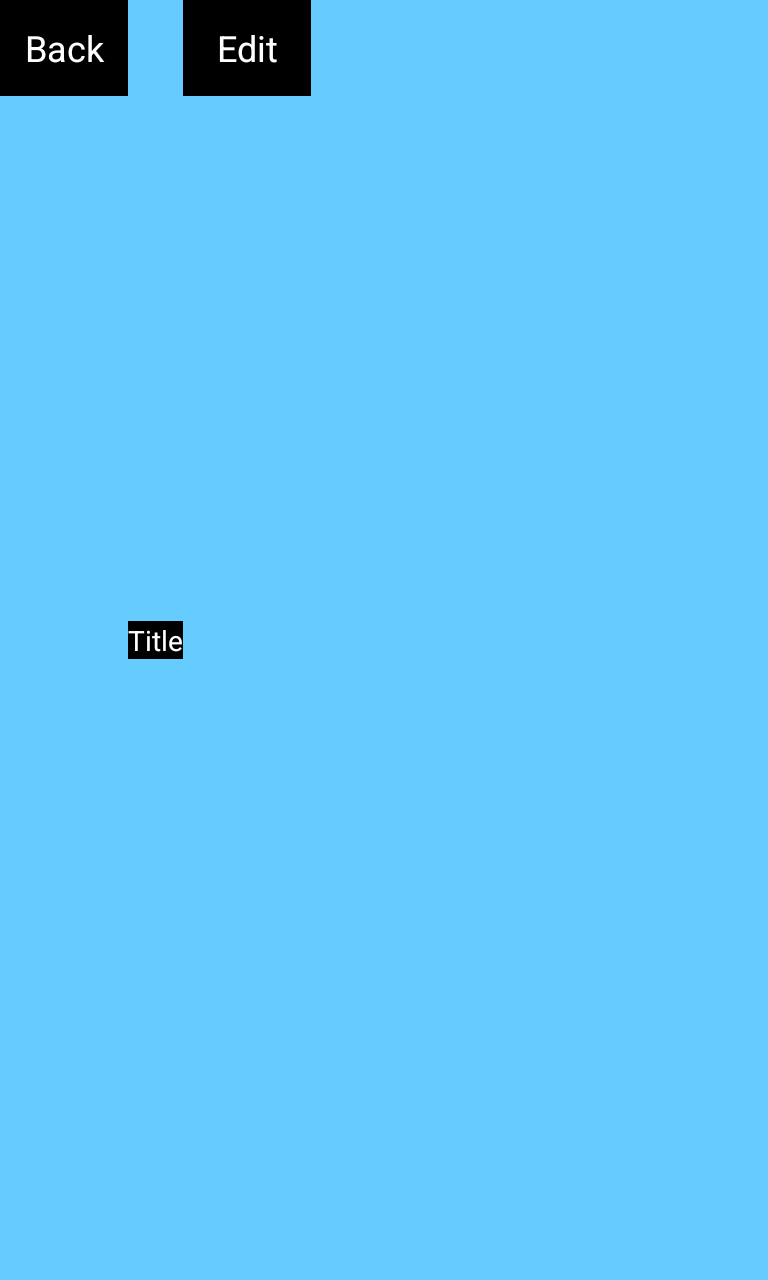
Repository: Ollyder/eclipse_work
Layout: TableLayout/res/layout/title.xml
The author's editor kept a copy of each file at every save. The layout is drawn from the files as they stood at one save, then again after the next save.
It is drawn on a 768 x 1280 px phone screen (xhdpi) without system bars, with theme AppTheme; the app's code is not run.

Above is the layout before, as saved 2017-05-28 04:49:46.

### TableLayout/res/layout/title.xml
<?xml version="1.0" encoding="utf-8"?>
<LinearLayout xmlns:android="http://schemas.android.com/apk/res/android"
    android:layout_width="match_parent"
    android:layout_height="wrap_content"
    android:background="#66ccff"
    android:orientation="horizontal" >

    <Button
        android:id="@+id/title_button1"
        android:layout_width="wrap_content"
        android:layout_height="wrap_content"
        android:layout_gravity="left"
        android:background="#000000"
        android:textColor="#ffffff"
        android:text="Back" />

    <TextView
        android:id="@+id/title_text_view1"
        android:layout_width="wrap_content"
        android:layout_height="wrap_content"
        android:layout_gravity="center"
        android:background="#000000"
        android:textColor="#ffffff"
        android:text="Title" />

    <Button
        android:id="@+id/title_button2"
        android:layout_width="wrap_content"
        android:layout_height="wrap_content"
        android:background="#000000"
        android:text="Edit"
        android:layout_gravity="right"
        android:textColor="#ffffff" />

</LinearLayout>

Loaded but not shown: TableLayout/res/values/styles.xml (common file); TableLayout/res/values-v11/styles.xml (common file); TableLayout/res/values-v14/styles.xml (common file)

After the next save:
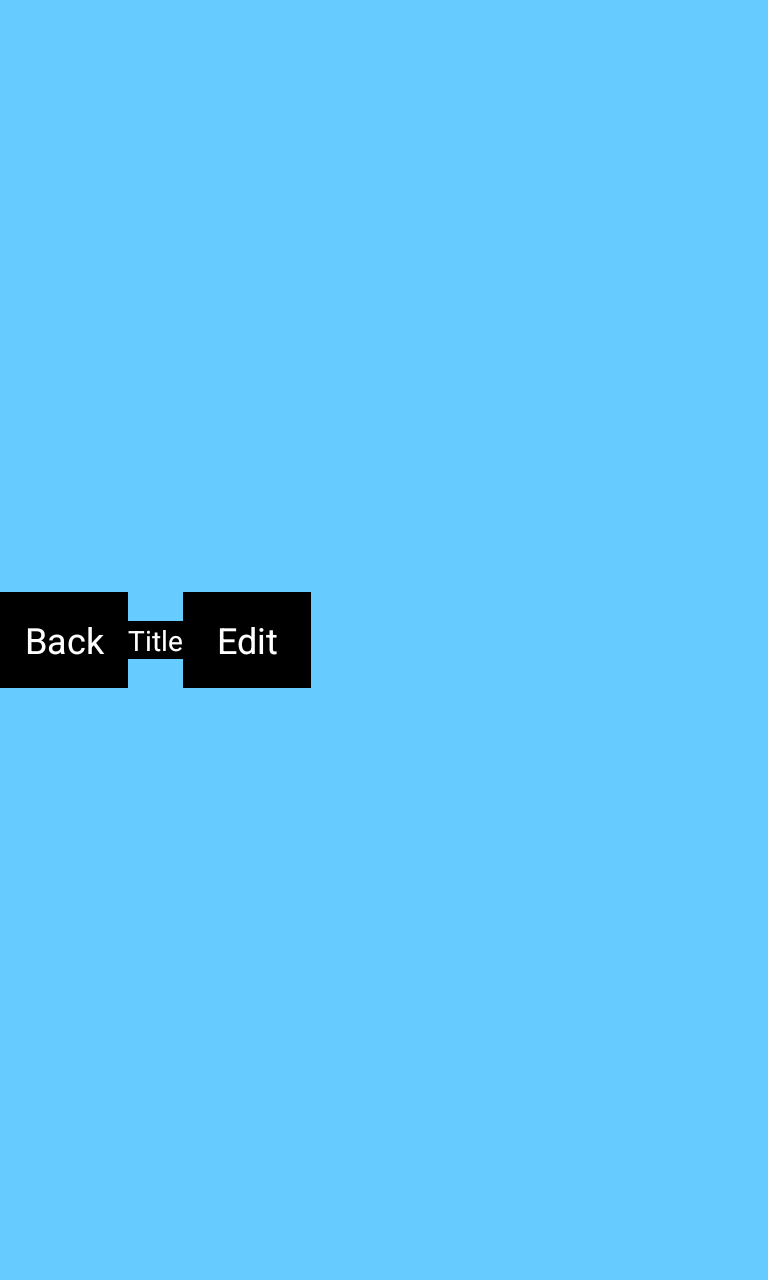
Saved 59 s later.
--- a/TableLayout/res/layout/title.xml
+++ b/TableLayout/res/layout/title.xml
@@ -9,7 +9,7 @@
         android:id="@+id/title_button1"
         android:layout_width="wrap_content"
         android:layout_height="wrap_content"
-        android:layout_gravity="left"
+        android:layout_gravity="center"
         android:background="#000000"
         android:textColor="#ffffff"
         android:text="Back" />
@@ -29,7 +29,7 @@
         android:layout_height="wrap_content"
         android:background="#000000"
         android:text="Edit"
-        android:layout_gravity="right"
+        android:layout_gravity="center"
         android:textColor="#ffffff" />
 
 </LinearLayout>
